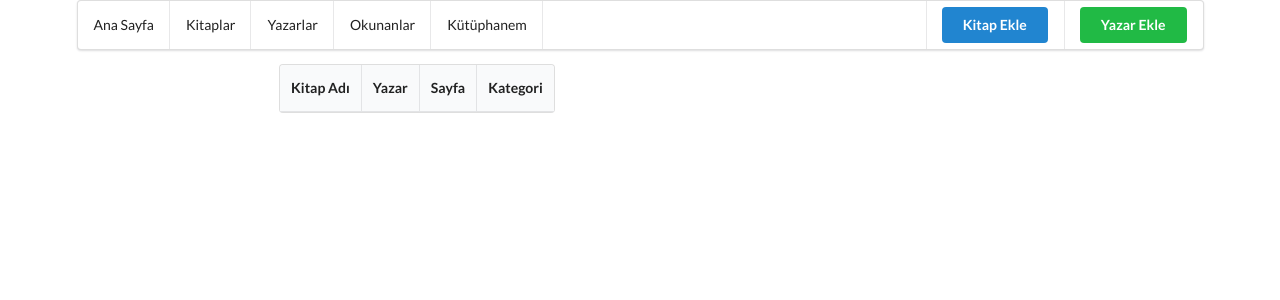
Repository: rizacantire/libraryReactApp
Page: /authors
An editor plug-in stored every save of this project. The page is shown before and after the next save, followed by the edit.
The browser window is 1280 px wide. The pictures show the whole page.
The page's requests for data from a server got no answer. The project was rebuilt for these pictures with package versions that can differ from the ones it lists, and the page was loaded fresh each time. No one was signed in, and anything a server would have sent is missing. Also part of the build but not shown: src/services/bookService.js, src/pages/BookList.jsx.

Above is the page before, as saved 2021-08-18 00:24:35.

After the next save:
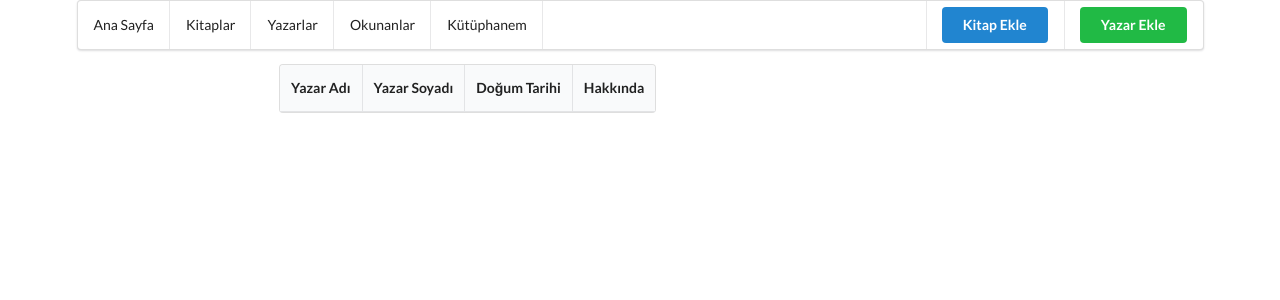
Saved 35 s later.
--- a/src/pages/AuthorList.jsx
+++ b/src/pages/AuthorList.jsx
@@ -13,10 +13,10 @@ export default function AuthorList() {
       <Table celled>
         <Table.Header>
           <Table.Row>
-            <Table.HeaderCell>Kitap Adı</Table.HeaderCell>
-            <Table.HeaderCell>Yazar</Table.HeaderCell>
-            <Table.HeaderCell>Sayfa</Table.HeaderCell>
-            <Table.HeaderCell>Kategori</Table.HeaderCell>
+            <Table.HeaderCell>Yazar Adı</Table.HeaderCell>
+            <Table.HeaderCell>Yazar Soyadı</Table.HeaderCell>
+            <Table.HeaderCell>Doğum Tarihi</Table.HeaderCell>
+            <Table.HeaderCell>Hakkında</Table.HeaderCell>
           </Table.Row>
         </Table.Header>
         <Table.Body>
